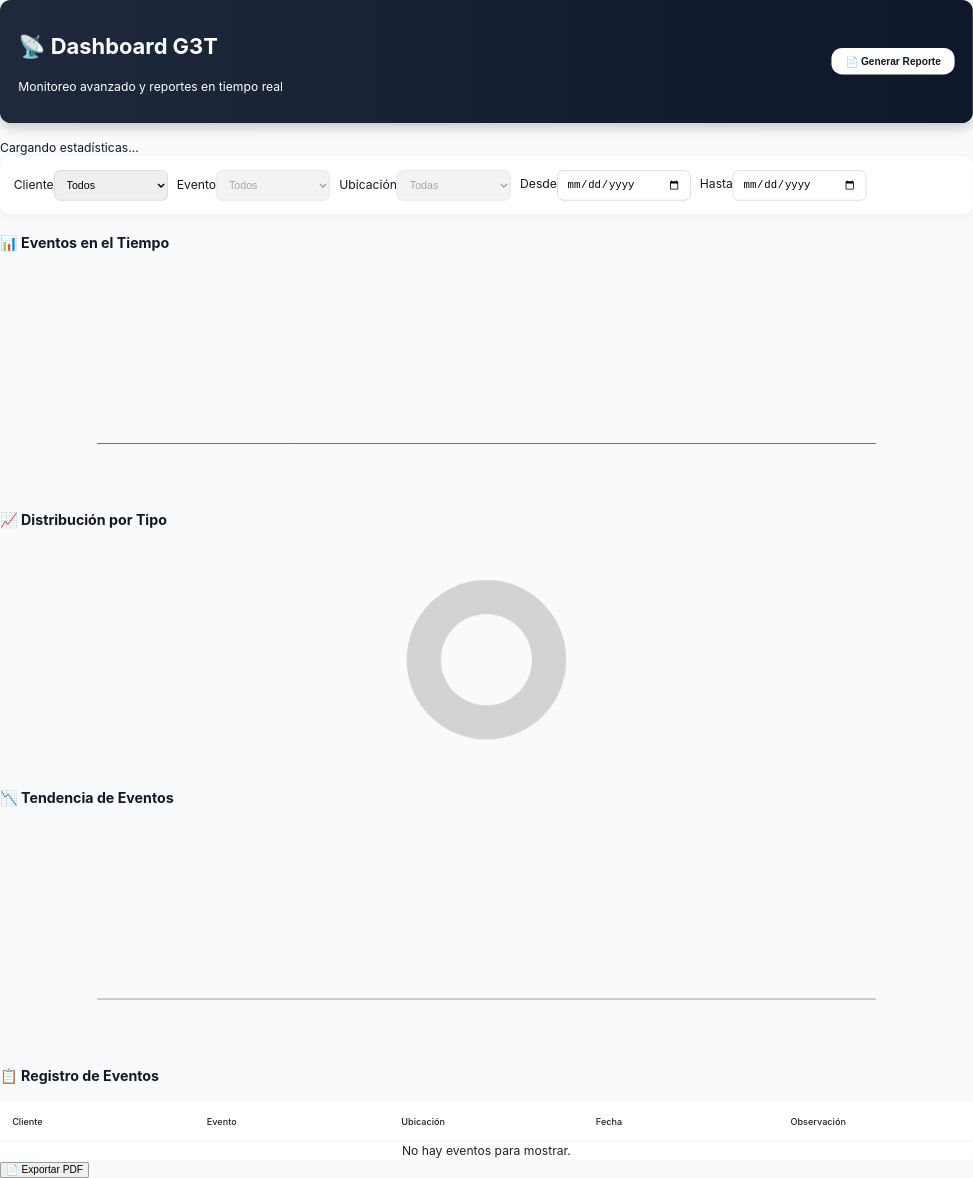
Repository: BBrian11/reportes
Page: /
An editor plug-in stored every save of this project. The page is shown before and after the next save, followed by the edit.
The browser window is 1280 px wide. The pictures show the whole page, at 76% of full size.
The page's requests for data from a server got no answer. The project was rebuilt for these pictures with package versions that can differ from the ones it lists, and the page was loaded fresh each time. Some packages were replaced by stand-ins written for this rebuild. No one was signed in, and anything a server would have sent is missing. Also part of the build but not shown: vite.config.js, src/styles/form.css.

Above is the page before, as saved 2025-07-29 14:00:34.

### index.html
<!DOCTYPE html>
<html lang="es">
  <head>
    <meta charset="UTF-8" />
    <meta name="viewport" content="width=device-width, initial-scale=1.0" />
    <title>Dashboard G3T</title>
  </head>
  <body>
    <div id="root"></div>
    <script type="module" src="/src/main.jsx"></script>
  </body>
</html>

### src/main.jsx
import React from "react";
import ReactDOM from "react-dom/client";
import App from "./App.jsx";
import "./styles/dashboard.css";
import "./styles/form.css";

ReactDOM.createRoot(document.getElementById("root")).render(
  <React.StrictMode>
    <App />
  </React.StrictMode>
);

### src/App.jsx
import React from "react";
import Dashboard from "./components/Dashboard/Dashboard.jsx";

export default function App() {
  return <Dashboard />;
}

### src/styles/dashboard.css
/* ===========================
   DASHBOARD PRO G3T
   =========================== */
   :root {
    --color-primary: #2563eb;
    --color-secondary: #1e40af;
    --color-success: #14b8a6;
    --color-warning: #facc15;
    --color-danger: #dc2626;
    --bg-light: #f9fafb;
    --text-dark: #111827;
    --radius: 14px;
    --transition: 0.3s ease;
  }

  body {
    font-family: 'Inter', sans-serif;
    background-color: var(--bg-light);
    color: var(--text-dark);
    margin: 0;
    padding: 0;
    line-height: 1.5;
  }

  /* ---- Header ---- */
  .dashboard-header {
    background: linear-gradient(90deg, #1e293b, #0f172a);
    color: #fff;
    padding: 20px 24px;
    border-radius: var(--radius);
    display: flex;
    justify-content: space-between;
    align-items: center;
    margin-bottom: 20px;
    box-shadow: 0 6px 16px rgba(0,0,0,0.2);
  }

  .dashboard-header h1 {
    font-size: 1.8rem;
    font-weight: 700;
  }

  .dashboard-header button {
    background: #fff;
    color: var(--text-dark);
    font-weight: 600;
    padding: 10px 18px;
    border-radius: var(--radius);
    cursor: pointer;
    border: none;
    transition: var(--transition);
  }

  .dashboard-header button:hover {
    background: #e5e7eb;
  }

  /* ---- Stats Cards ---- */
  .stats-grid {
    display: grid;
    grid-template-columns: repeat(auto-fit, minmax(280px, 1fr));
    gap: 20px;
    margin-bottom: 24px;
  }

  .stat-card {
    border-radius: var(--radius);
    padding: 20px;
    color: #fff;
    text-align: center;
    font-weight: 600;
    position: relative;
    overflow: hidden;
    box-shadow: 0 4px 14px rgba(0,0,0,0.08);
    transition: transform var(--transition);
  }

  .stat-card:hover {
    transform: translateY(-4px);
  }

  .stat-card h2 {
    font-size: 1.6rem;
    margin-top: 8px;
  }

  /* ---- Filters ---- */
  .filters-box {
    background: #fff;
    padding: 18px;
    border-radius: var(--radius);
    display: flex;
    flex-wrap: wrap;
    gap: 12px;
    margin-bottom: 24px;
    box-shadow: 0 4px 12px rgba(0,0,0,0.05);
  }

  .filters-box select,
  .filters-box input {
    padding: 10px 12px;
    border-radius: 8px;
    border: 1px solid #d1d5db;
    font-size: 14px;
    min-width: 150px;
    transition: var(--transition);
  }

  .filters-box select:focus,
  .filters-box input:focus {
    border-color: var(--color-primary);
    outline: none;
    box-shadow: 0 0 0 3px rgba(37,99,235,0.2);
  }

  /* ---- Charts ---- */
  .chart-container {
    background: #fff;
    padding: 18px;
    border-radius: var(--radius);
    margin-bottom: 20px;
    box-shadow: 0 4px 12px rgba(0,0,0,0.05);
    transition: var(--transition);
  }

  .chart-container:hover {
    transform: scale(1.02);
  }

  /* ---- Events Table ---- */
  .table-wrapper {
    background: #fff;
    padding: 18px;
    border-radius: var(--radius);
    box-shadow: 0 4px 12px rgba(0,0,0,0.05);
  }

  /* ---- Buttons ---- */
  .btn-primary {
    background: var(--color-primary);
    color: #fff;
    padding: 10px 16px;
    border-radius: var(--radius);
    font-weight: 600;
    cursor: pointer;
    transition: var(--transition);
    border: none;
  }

  .btn-primary:hover {
    background: var(--color-secondary);
  }

### src/components/Dashboard/Dashboard.jsx
// src/components/Dashboard/Dashboard.jsx
import React, { useEffect, useState } from "react";
import Header from "./Header.jsx";
import StatsCards from "./StatsCards.jsx";
import Filters from "./Filters.jsx";
import Charts from "./Charts.jsx";
import EventsTable from "./EventsTable.jsx";
import ExportPDF from "./ExportPDF.jsx";
import { collection, onSnapshot } from "firebase/firestore";
import { db } from "../../services/firebase";
import "../../styles/dashboard.css";

export default function Dashboard() {
  const [eventos, setEventos] = useState([]);
  const [filtros, setFiltros] = useState({
    cliente: "",
    evento: "",
    ubicacion: "",
    fechaInicio: "",
    fechaFin: "",
  });

  // 🔹 Cargar datos de TODAS las colecciones
  useEffect(() => {
    const collections = [
      { path: "novedades/tgs/eventos", cliente: "TGS", eventoKey: "evento-tgs", ubicacionKey: "locaciones-tgs" },
      { path: "novedades/edificios/eventos", cliente: "Edificios", eventoKey: "evento-edificio" }, // 🔥 Sin ubicacionKey fijo
      { path: "novedades/vtv/eventos", cliente: "VTV", eventoKey: "evento-vtv", ubicacionKey: "planta-vtv" },
      { path: "novedades/barrios/eventos", cliente: "Barrios", eventoKey: "evento-barrios", ubicacionKey: "barrio" },
      { path: "novedades/otros/eventos", cliente: "Otros", eventoKey: "evento-otros", ubicacionKey: "otro" }
    ];


    const unsubscribes = collections.map(({ path, cliente, eventoKey, ubicacionKey }) =>
      onSnapshot(collection(db, path), (snapshot) => {
        const nuevos = snapshot.docs.map((doc) => {
          const d = doc.data();

          let ubicacion = "Sin Ubicación";

          if (cliente === "Edificios") {
            // ✅ Armar la ubicación con Edificio + Unidad
            const edificio = d["edificio"] || "";
            const unidad = d["unidad"] ? ` - ${d["unidad"]}` : "";
            ubicacion = edificio ? edificio + unidad : "Sin Ubicación";
          } else {
            // ✅ Para los demás clientes usamos ubicacionKey
            ubicacion = d[ubicacionKey] || "Sin Ubicación";
          }

          return {
            id: doc.id,
            cliente,
            evento: d[eventoKey] || "Sin Evento",
            ubicacion,
            fecha: d.fechaHoraEnvio
              ? new Date(d.fechaHoraEnvio.seconds * 1000).toLocaleString("es-AR")
              : "Sin Fecha",
            observacion: d[`observaciones-${cliente.toLowerCase()}`] || "Sin Observación",
          };
        });


        setEventos((prev) => {
          const filtradosPrev = prev.filter((e) => e.cliente !== cliente);
          return [...filtradosPrev, ...nuevos];
        });
      })
    );

    return () => unsubscribes.forEach((unsub) => unsub());
  }, []);

  // 🔍 Aplicar filtros
  const eventosFiltrados = eventos.filter((e) => {
    const fecha = new Date(e.fecha);
    const fechaInicio = filtros.fechaInicio ? new Date(filtros.fechaInicio) : null;
    const fechaFin = filtros.fechaFin ? new Date(filtros.fechaFin) : null;

    return (
      (!filtros.cliente || e.cliente === filtros.cliente) &&
      (!filtros.evento || e.evento === filtros.evento) &&
      (!filtros.ubicacion || e.ubicacion === filtros.ubicacion) &&
      (!fechaInicio || fecha >= fechaInicio) &&
      (!fechaFin || fecha <= fechaFin)
    );
  });

  return (
    <div className="p-4 bg-gray-100 min-h-screen">
      <Header />
      <StatsCards eventos={eventosFiltrados} />
      <Filters filtros={filtros} setFiltros={setFiltros} eventos={eventos} />
      <Charts eventos={eventosFiltrados} />
      <EventsTable eventos={eventosFiltrados} />
      <ExportPDF eventos={eventosFiltrados} />
    </div>
  );
}

### src/components/Dashboard/Header.jsx
// src/components/Dashboard/Header.jsx
import React from "react";

export default function Header() {
  return (
    <div className="dashboard-header">
      <div>
        <h1>📡 Dashboard G3T</h1>
        <p>Monitoreo avanzado y reportes en tiempo real</p>
      </div>
      <button className="btn-primary">📄 Generar Reporte</button>
    </div>
  );
}

### src/components/Dashboard/StatsCards.jsx
import React from "react";

export default function StatsCards({ eventos }) {
  if (!eventos || eventos.length === 0) {
    return (
      <div className="flex justify-center items-center text-gray-500 mb-6 animate-pulse">
        Cargando estadísticas...
      </div>
    );
  }

  // ✅ Calcular estadísticas
  const eventCount = {};
  const locationCount = {};

  eventos.forEach((e) => {
    eventCount[e.evento] = (eventCount[e.evento] || 0) + 1;
    locationCount[e.ubicacion] = (locationCount[e.ubicacion] || 0) + 1;
  });

  const eventoMasFrecuente = Object.entries(eventCount).sort((a, b) => b[1] - a[1])[0][0];
  const ubicacionMasFrecuente = Object.entries(locationCount).sort((a, b) => b[1] - a[1])[0][0];

  // ✅ Evento crítico
  const eventosCriticosLista = [
    "Alarma", "Puerta Forzada", "Coacción", "Pánico", "Intrusión", "Robo"
  ];

  const eventoCritico =
    eventos.find((e) =>
      eventosCriticosLista.some((critico) =>
        e.evento.toLowerCase().includes(critico.toLowerCase())
      )
    )?.evento || "Sin Evento Crítico";
    return (
      <div className="stats-grid">
        <div className="stat-card" style={{ background: "var(--color-success)" }}>
          <p>🚨 Evento más recurrente</p>
          <h2>{eventoMasFrecuente}</h2>
        </div>
        <div className="stat-card" style={{ background: "var(--color-warning)", color: "#000" }}>
          <p>📍 Ubicación con más eventos</p>
          <h2>{ubicacionMasFrecuente}</h2>
        </div>
        <div className="stat-card" style={{ background: "var(--color-danger)" }}>
          <p>⚠ Evento Crítico</p>
          <h2>{eventoCritico}</h2>
        </div>
      </div>
    );

}

### src/components/Dashboard/Filters.jsx
import React from "react";

export default function Filters({ filtros, setFiltros, eventos }) {
  // Filtrar dinámicamente
  const eventosPorCliente = filtros.cliente
    ? eventos.filter((e) => e.cliente === filtros.cliente)
    : eventos;

  const clientes = [...new Set(eventos.map((e) => e.cliente))];
  const eventosUnicos = [...new Set(eventosPorCliente.map((e) => e.evento))];
  const ubicaciones = [...new Set(eventosPorCliente.map((e) => e.ubicacion))];

  return (
    <div className="filters-box">
      {/* Cliente */}
      <div className="filter-item">
        <label className="filter-label">Cliente</label>
        <select
          className="filter-select"
          value={filtros.cliente}
          onChange={(e) =>
            setFiltros({ ...filtros, cliente: e.target.value, evento: "", ubicacion: "" })
          }
        >
          <option value="">Todos</option>
          {clientes.map((c, idx) => (
            <option key={idx} value={c}>
              {c}
            </option>
          ))}
        </select>
      </div>

      {/* Evento */}
      <div className="filter-item">
        <label className="filter-label">Evento</label>
        <select
          className="filter-select"
          value={filtros.evento}
          onChange={(e) => setFiltros({ ...filtros, evento: e.target.value })}
          disabled={!filtros.cliente}
        >
          <option value="">Todos</option>
          {eventosUnicos.map((ev, idx) => (
            <option key={idx} value={ev}>
              {ev}
            </option>
          ))}
        </select>
      </div>

      {/* Ubicación */}
      <div className="filter-item">
        <label className="filter-label">Ubicación</label>
        <select
          className="filter-select"
          value={filtros.ubicacion}
          onChange={(e) => setFiltros({ ...filtros, ubicacion: e.target.value })}
          disabled={!filtros.cliente}
        >
          <option value="">Todas</option>
          {ubicaciones.map((u, idx) => (
            <option key={idx} value={u}>
              {u}
            </option>
          ))}
        </select>
      </div>

      {/* Fechas */}
      <div className="filter-item">
        <label className="filter-label">Desde</label>
        <input
          type="date"
          className="filter-input"
          value={filtros.fechaInicio}
          onChange={(e) => setFiltros({ ...filtros, fechaInicio: e.target.value })}
        />
      </div>
      <div className="filter-item">
        <label className="filter-label">Hasta</label>
        <input
          type="date"
          className="filter-input"
          value={filtros.fechaFin}
          onChange={(e) => setFiltros({ ...filtros, fechaFin: e.target.value })}
        />
      </div>
    </div>
  );
}

### src/components/Dashboard/Charts.jsx
// src/components/Dashboard/Charts.jsx
import React from "react";
import BarChart from "./BarChart.jsx";
import PieChart from "./PieChart.jsx";
import LineChart from "./LineChart.jsx";

export default function Charts({ eventos }) {
  return (
    <div className="grid grid-cols-1 gap-6 md:grid-cols-2 mb-6">
      <div className="col-span-2 bg-white rounded-lg shadow p-4">
        <h3 className="text-lg font-bold mb-2 text-center">📊 Eventos en el Tiempo</h3>
        <BarChart eventos={eventos} />
      </div>
      <div className="bg-white rounded-lg shadow p-4">
        <h3 className="text-lg font-bold mb-2 text-center">📈 Distribución por Tipo</h3>
        <PieChart eventos={eventos} />
      </div>
      <div className="bg-white rounded-lg shadow p-4">
        <h3 className="text-lg font-bold mb-2 text-center">📉 Tendencia de Eventos</h3>
        <LineChart eventos={eventos} />
      </div>
    </div>
  );
}

### src/components/Dashboard/EventsTable.jsx
// src/components/Dashboard/EventsTable.jsx
import React from "react";
import DataTable from "react-data-table-component";

export default function EventsTable({ eventos }) {
  const columns = [
    { name: "Cliente", selector: (row) => row.cliente, sortable: true },
    { name: "Evento", selector: (row) => row.evento, sortable: true },
    { name: "Ubicación", selector: (row) => row.ubicacion },
    { name: "Fecha", selector: (row) => row.fecha },
    { name: "Observación", selector: (row) => row.observacion },
  ];

  return (
    <div className="bg-white rounded-lg shadow p-4 mb-6">
      <h3 className="text-lg font-bold mb-2 flex items-center gap-2">
        📋 Registro de Eventos
      </h3>
      <DataTable
        columns={columns}
        data={eventos}
        pagination
        highlightOnHover
        responsive
        persistTableHead
        striped
        noDataComponent="No hay eventos para mostrar."
      />
    </div>
  );
}

### src/components/Dashboard/ExportPDF.jsx
// src/components/Dashboard/ExportPDF.jsx
import React from "react";
import jsPDF from "jspdf";
import autoTable from "jspdf-autotable";
import Swal from "sweetalert2";

export default function ExportPDF({ eventos }) {
  const generatePDF = async () => {
    if (eventos.length === 0) {
      Swal.fire("Aviso", "No hay datos para exportar.", "warning");
      return;
    }

    // ✅ Generar PDF
    const pdf = new jsPDF("p", "mm", "a4");
    pdf.setFont("helvetica", "bold");
    pdf.setFontSize(18);
    pdf.text("Reporte de Eventos G3T", 105, 20, { align: "center" });

    pdf.setFontSize(12);
    pdf.setFont("helvetica", "normal");
    pdf.text(`Fecha: ${new Date().toLocaleDateString("es-AR")}`, 14, 30);

    pdf.line(10, 35, 200, 35);

    // ✅ Tabla con autoTable
    const tableData = eventos.map((e) => [
      e.cliente,
      e.evento,
      e.ubicacion,
      e.fecha,
      e.observacion,
    ]);

    autoTable(pdf, {
      head: [["Cliente", "Evento", "Ubicación", "Fecha", "Observación"]],
      body: tableData,
      startY: 40,
      theme: "striped",
      headStyles: { fillColor: [32, 178, 170], textColor: 255 },
      bodyStyles: { fontSize: 10 },
    });

    pdf.save(`REPORTE_EVENTOS_G3T_${Date.now()}.pdf`);
  };

  return (
    <div className="text-right mb-6">
      <button
        onClick={generatePDF}
        className="bg-blue-600 text-white px-4 py-2 rounded-lg shadow hover:bg-blue-700 transition"
      >
        📄 Exportar PDF
      </button>
    </div>
  );
}

### src/services/firebase.js
import { initializeApp } from "firebase/app";
import { getFirestore } from "firebase/firestore";
import { getAuth } from "firebase/auth";

const firebaseConfig = {
  apiKey: "AIzaSyCZcj7AOQoXHHn1vDiyoCQbDIQRMfvhOlA",
  authDomain: "reportesg3t.firebaseapp.com",
  projectId: "reportesg3t",
  storageBucket: "reportesg3t.appspot.com",
  messagingSenderId: "571918948751",
  appId: "1:571918948751:web:055d012f4e1f3f8de5d3fa"
};

const app = initializeApp(firebaseConfig);
export const db = getFirestore(app);
export const auth = getAuth(app);

### src/components/Dashboard/BarChart.jsx
// src/components/Dashboard/BarChart.jsx
import React, { useEffect } from "react";
import * as echarts from "echarts";

export default function BarChart({ eventos }) {
  useEffect(() => {
    const chartDom = document.getElementById("barChart");
    const myChart = echarts.init(chartDom);

    const eventCounts = {};
    eventos.forEach((e) => {
      const fecha = e.fecha.split(",")[0];
      eventCounts[fecha] = (eventCounts[fecha] || 0) + 1;
    });

    const labels = Object.keys(eventCounts);
    const values = Object.values(eventCounts);

    myChart.setOption({
      tooltip: { trigger: "axis" },
      xAxis: { type: "category", data: labels },
      yAxis: { type: "value" },
      series: [
        {
          data: values,
          type: "bar",
          itemStyle: { color: "#20B2AA" },
          label: { show: true, position: "top" },
        },
      ],
    });

    return () => myChart.dispose();
  }, [eventos]);

  return <div id="barChart" style={{ height: "300px" }}></div>;
}

### src/components/Dashboard/PieChart.jsx
// src/components/Dashboard/PieChart.jsx
import React, { useEffect } from "react";
import * as echarts from "echarts";

export default function PieChart({ eventos }) {
  useEffect(() => {
    const chartDom = document.getElementById("pieChart");
    const myChart = echarts.init(chartDom);

    const eventCounts = {};
    eventos.forEach((e) => {
      eventCounts[e.evento] = (eventCounts[e.evento] || 0) + 1;
    });

    const data = Object.keys(eventCounts).map((key) => ({
      name: key,
      value: eventCounts[key],
    }));

    myChart.setOption({
      tooltip: { trigger: "item" },
      series: [
        {
          type: "pie",
          radius: ["40%", "70%"],
          avoidLabelOverlap: false,
          label: { show: true, formatter: "{b}: {c}" },
          data: data,
        },
      ],
    });

    return () => myChart.dispose();
  }, [eventos]);

  return <div id="pieChart" style={{ height: "300px" }}></div>;
}

### src/components/Dashboard/LineChart.jsx
// src/components/Dashboard/LineChart.jsx
import React, { useEffect } from "react";
import * as echarts from "echarts";

export default function LineChart({ eventos }) {
  useEffect(() => {
    const chartDom = document.getElementById("lineChart");
    const myChart = echarts.init(chartDom);

    const dateCounts = {};
    eventos.forEach((e) => {
      const fecha = e.fecha.split(",")[0];
      dateCounts[fecha] = (dateCounts[fecha] || 0) + 1;
    });

    const labels = Object.keys(dateCounts);
    const values = Object.values(dateCounts);

    myChart.setOption({
      tooltip: { trigger: "axis" },
      xAxis: { type: "category", data: labels },
      yAxis: { type: "value" },
      series: [
        {
          data: values,
          type: "line",
          smooth: true,
          itemStyle: { color: "#FF6F61" },
        },
      ],
    });

    return () => myChart.dispose();
  }, [eventos]);

  return <div id="lineChart" style={{ height: "300px" }}></div>;
}

After the next save:
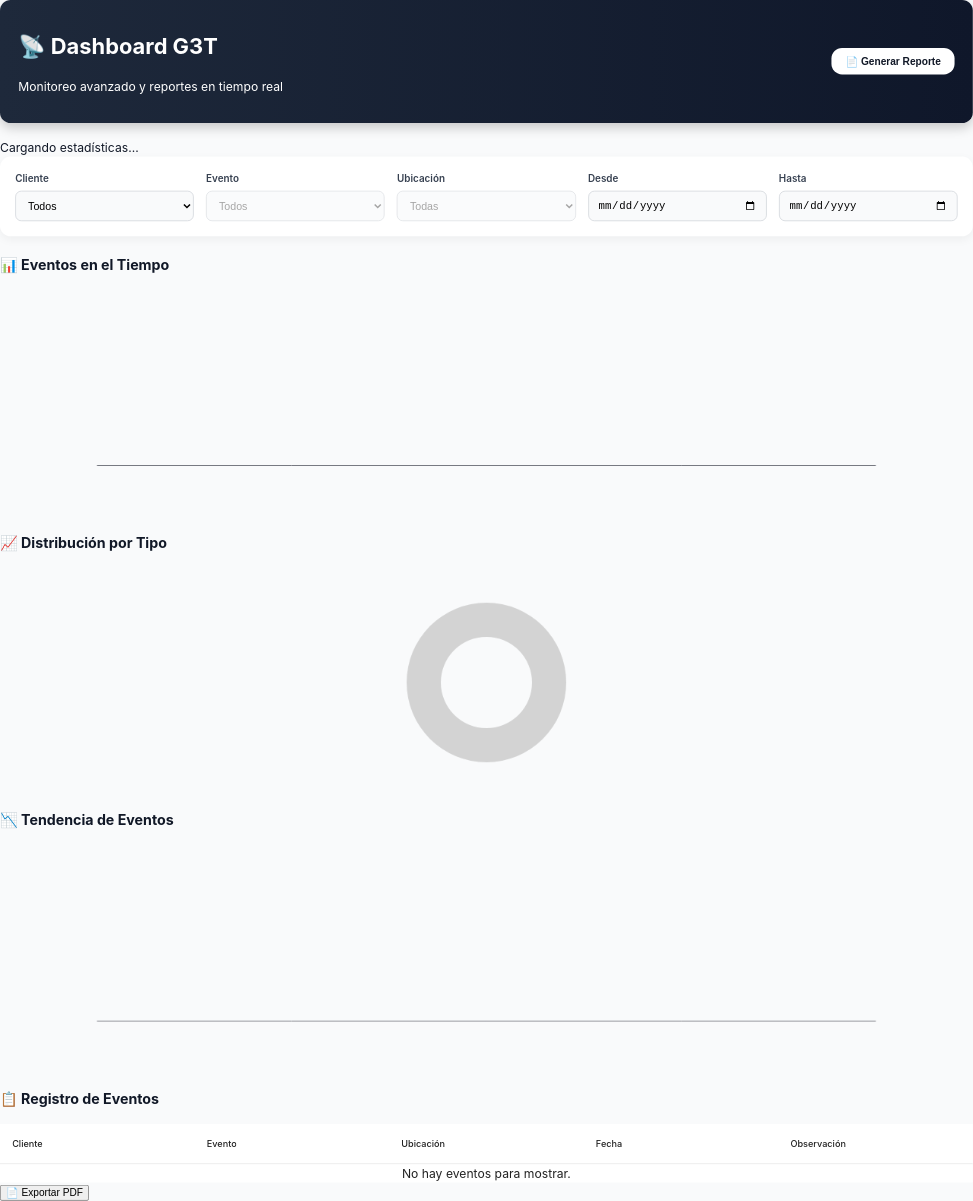
Saved 6 s later.
--- a/src/styles/dashboard.css
+++ b/src/styles/dashboard.css
@@ -126,6 +126,49 @@
   .chart-container:hover {
     transform: scale(1.02);
   }
+  /* ---- Filters ---- */
+.filters-box {
+    background: #fff;
+    padding: 20px;
+    border-radius: var(--radius);
+    display: flex;
+    flex-wrap: wrap;
+    gap: 16px;
+    align-items: flex-end;
+    box-shadow: 0 4px 12px rgba(0,0,0,0.05);
+  }
+
+  .filter-item {
+    display: flex;
+    flex-direction: column;
+    min-width: 160px;
+    flex: 1;
+  }
+
+  .filter-label {
+    font-size: 13px;
+    font-weight: 600;
+    color: #374151;
+    margin-bottom: 6px;
+  }
+
+  .filter-select,
+  .filter-input {
+    padding: 10px 12px;
+    border-radius: 10px;
+    border: 1px solid #d1d5db;
+    background: #f9fafb;
+    font-size: 14px;
+    transition: all 0.3s ease;
+  }
+
+  .filter-select:focus,
+  .filter-input:focus {
+    border-color: var(--color-primary);
+    background: #fff;
+    box-shadow: 0 0 0 3px rgba(37,99,235,0.2);
+    outline: none;
+  }
 
   /* ---- Events Table ---- */
   .table-wrapper {
